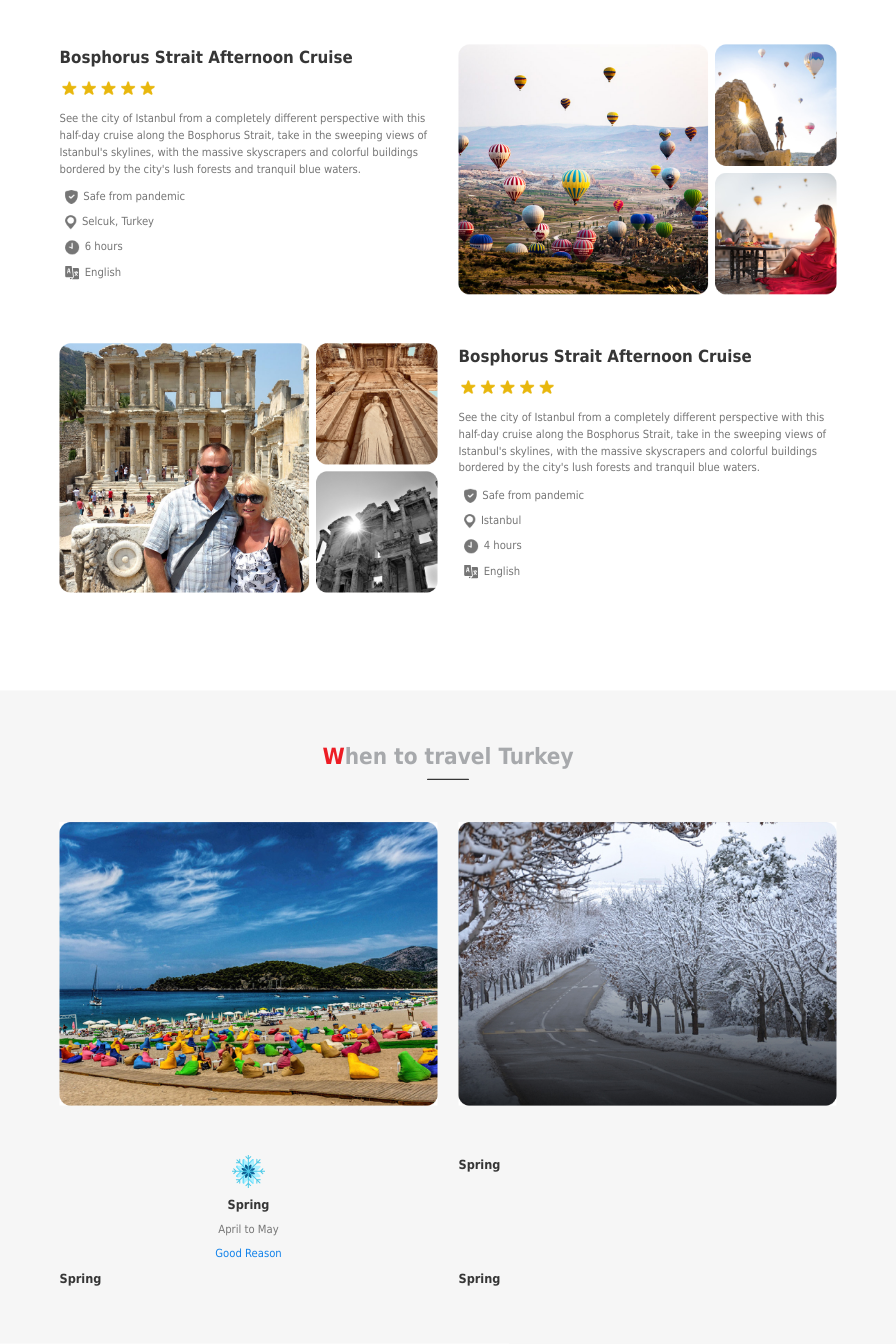
Repository: cvminhquan/turkey
Page: index.html
The author's editor kept a copy of each file at every save. The page is drawn from the files as they stood at one save, then again after the next save.
The browser window is 1280 px wide. The pictures show the part of the page from y = 1878 to 3798 px (the page is 3798 px tall before and 3761 px after), at 70% of full size.
The style sheet was rebuilt from its Sass, Less or Tailwind sources for each picture, by a compiler version that may differ from the author's.

Above is the page before, as saved 2022-09-15 19:53:31.

After the next save:
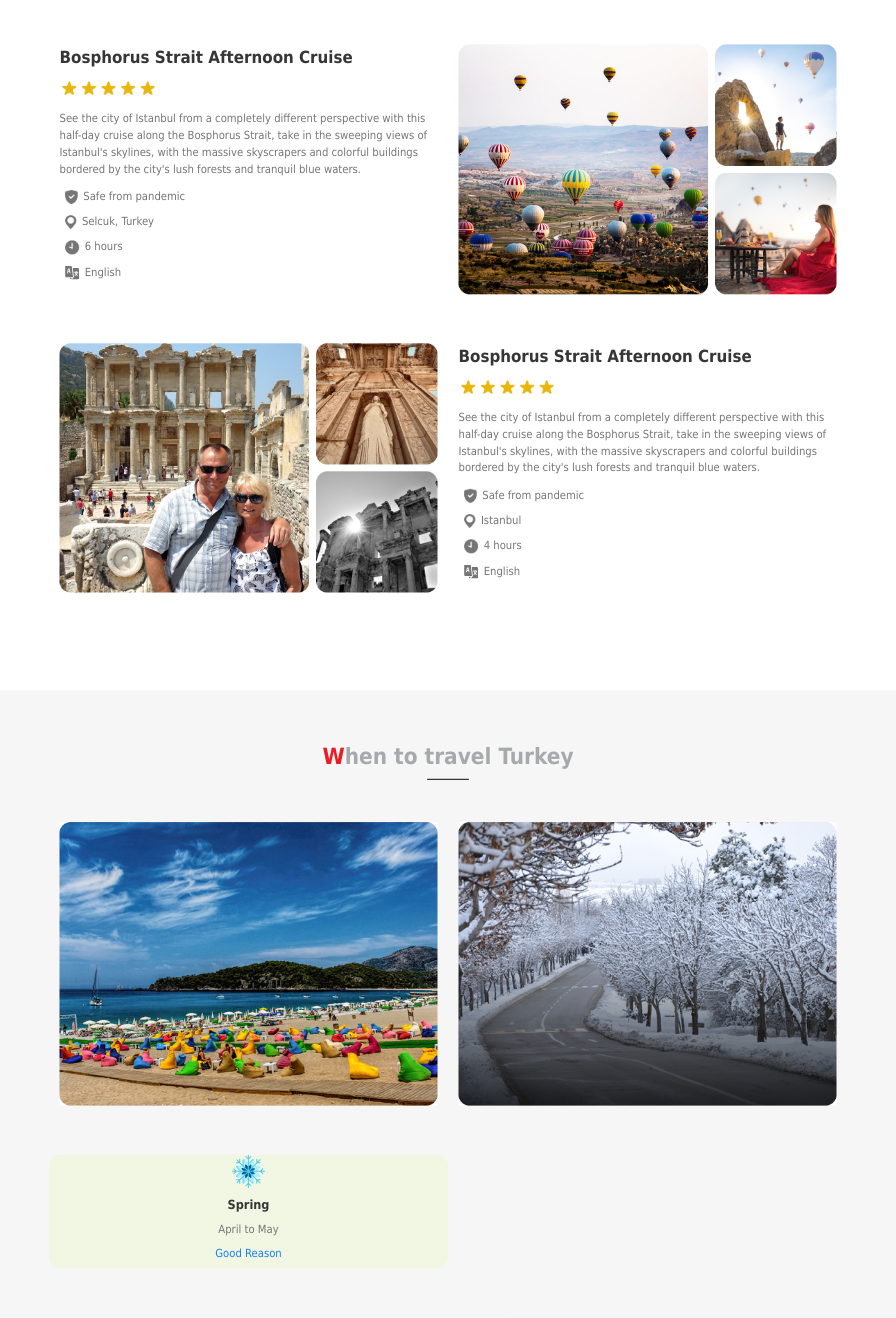
Saved 20 s later.
--- a/index.html
+++ b/index.html
@@ -192,7 +192,7 @@
                     </div>
                 </div> -->
                 <div class="row">
-                    <div class="col-6 text-center">
+                    <div class="col-6 text-center bg-spring">
                         <p class=" bdr text-center "><img src="./images/icon-snow.svg " alt=" "></p>
                         <h2>Spring</h2>
                         <p>
@@ -200,15 +200,9 @@
                         </p>
                         <p class="text-status ">Good Reason</p>
                     </div>
-                    <div class="col-6 ">
-                        <h2>Spring</h2>
-                    </div>
-                    <div class="col-6 ">
-                        <h2>Spring</h2>
-                    </div>
-                    <div class="col-6 ">
-                        <h2>Spring</h2>
-                    </div>
+                    <div class="col-6 "></div>
+                    <div class="col-6 "></div>
+                    <div class="col-6 "></div>
                 </div>
             </div>
         </section>
